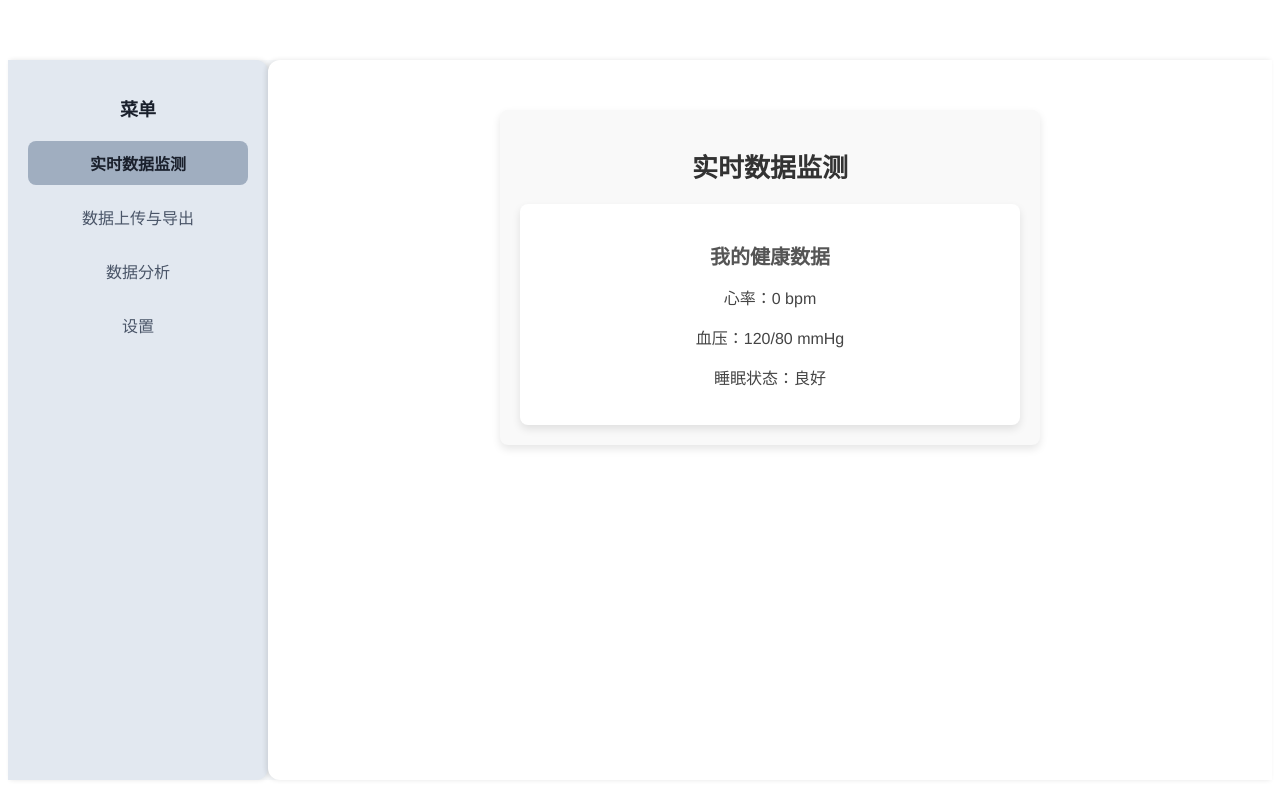
Repository: hyperion0831/The-management-of-IoT-data-sharing-based-on-blockchain
Page: / (app in Dz/frontend/)
An editor plug-in stored every save of this project. The page is shown before and after the next save, followed by the edit.
The browser window is 1280 px wide. The pictures show the whole page.
The project was rebuilt for these pictures with package versions that can differ from the ones it lists, and the page was loaded fresh each time. Also part of the build but not shown: Dz/frontend/vue.config.js, Dz/frontend/src/components/dashboard/DataUploadAndExport.vue, Dz/frontend/src/components/dashboard/DataAnalysis.vue, Dz/frontend/src/components/dashboard/AppSettings.vue.

Above is the page before, as saved 2024-11-03 20:59:41.

### Dz/frontend/src/main.js
import { createApp } from 'vue';
import App from './App.vue';
import router from './router';
import ElementPlus from 'element-plus';
import 'element-plus/dist/index.css';

const app = createApp(App);

app.use(router)
app.use(ElementPlus)
app.mount('#app');

### Dz/frontend/src/App.vue
<template>
  <div id="app">
    <router-view></router-view>
  </div>
</template>

<script>
export default {
  name: 'App'
};
</script>

<style>
#app {
  font-family: Avenir, Helvetica, Arial, sans-serif;
  -webkit-font-smoothing: antialiased;
  -moz-osx-font-smoothing: grayscale;
  text-align: center;
  color: #2c3e50;
  margin-top: 60px;
}
</style>

### Dz/frontend/src/router/index.js
import { createRouter, createWebHistory } from 'vue-router';
import DataDashBoard from '../components/DataDashBoard.vue'; // 导入仪表盘组件

const routes = [
  {
    path: '/',
    name: 'DataDashBoard',
    component: DataDashBoard
  },
];

const router = createRouter({
  history: createWebHistory(),
  routes
});

export default router;

### Dz/frontend/src/components/DataDashBoard.vue
<template>
  <div class="datadashboard">
    <!-- 左侧导航栏 -->
    <div class="sidebar">
      <h2 class="sidebar-title">菜单</h2>
      <ul>
        <li :class="{ active: activeModule === 'RealTimeMonitoring' }" @click="selectModule('RealTimeMonitoring')">
          实时数据监测
        </li>
        <li :class="{ active: activeModule === 'DataUploadAndExport' }" @click="selectModule('DataUploadAndExport')">
          数据上传与导出
        </li>
        <li :class="{ active: activeModule === 'DataAnalysis' }" @click="selectModule('DataAnalysis')">
          数据分析
        </li>
        <li :class="{ active: activeModule === 'AppSettings' }" @click="selectModule('AppSettings')">
          设置
        </li>
      </ul>
    </div>

    <!-- 主内容区域 -->
    <div class="content">
      <keep-alive>
        <component
          :is="activeModuleComponent"
          v-bind="getModuleProps(activeModule)"
          @switchToCheckList="selectModule('RealTimeMonitoring')"
        />
      </keep-alive>
    </div>
  </div>
</template>

<script>

import DataUploadAndExport from './dashboard/DataUploadAndExport.vue';
import RealTimeMonitoring from './dashboard/RealTimeMonitoring.vue';
import DataAnalysis from './dashboard/DataAnalysis.vue';
import AppSettings from './dashboard/AppSettings.vue';


export default {
  name: 'DataDashBoard',
  components: {
    RealTimeMonitoring,
    DataUploadAndExport,
    DataAnalysis,
    AppSettings,
  },
  data() {
    return {
      activeModule: 'RealTimeMonitoring', // 设置初始模块
      publishedItems: [], // 用于存储数据内容
      userInfo: null, // 保存用户信息
    };
  },
  created() {
    const storedUserInfo = localStorage.getItem('userInfo');
    if (storedUserInfo) {
      const userInfo = JSON.parse(storedUserInfo);
      this.userRole = userInfo.identity;
      this.userName = userInfo.name;
      this.doctorId = userInfo.doctorId;
    }
  },
  computed: {
    activeModuleComponent() {
      // 根据 activeModule 动态返回组件名称
      const componentMap = {
        RealTimeMonitoring: 'RealTimeMonitoring',
        DataUploadAndExport: 'DataUploadAndExport',
        DataAnalysis: 'DataAnalysis',
        AppSettings: 'AppSettings',
      };
      return componentMap[this.activeModule] || 'div';
    },
  },
  methods: {
    selectModule(module) {
      this.activeModule = module;
    },
    getModuleProps(module) {
      // 动态传递组件属性
      if (module === 'RealTimeMonitoring') {
        return { items: this.publishedItems };
      }
      return {};
    },
    handleDataSubmit(dataContent) {
      if (dataContent) {
        this.publishedItems.push(dataContent); // 将数据内容添加到列表中
        this.activeModule = 'RealTimeMonitoring'; // 切换到实时数据监测模块显示
      }
    },
  }
};
</script>

<style scoped>
.datadashboard {
  display: flex;
  height: 100vh;
  background-color: #f8fafc;
}

/* 左侧导航栏样式 */
.sidebar {
  width: 220px;
  padding: 20px;
  background-color: #e2e8f0; /* 浅灰色背景 */
  color: #2d3748; /* 深灰色文字 */
  box-shadow: 2px 0 5px rgba(0, 0, 0, 0.1);
  border-top-right-radius: 12px;
  border-bottom-right-radius: 12px;
}

.sidebar-title {
  font-size: 18px;
  font-weight: 600;
  margin-bottom: 20px;
  text-align: center;
  color: #1a202c; /* 更深的灰色，提升对比度 */
}

ul {
  list-style: none;
  padding: 0;
  margin: 0;
}

li {
  margin: 10px 0;
  padding: 10px;
  color: #4a5568; /* 中等灰色 */
  cursor: pointer;
  transition: all 0.3s ease;
  border-radius: 8px;
  text-align: center;
}

li:hover {
  background-color: #cbd5e0; /* 悬停时稍微深一点的浅灰色 */
  color: #1a202c;
  font-weight: bold;
}

li.active {
  background-color: #a0aec0; /* 选中项的浅灰色 */
  color: #1a202c;
  font-weight: bold;
}

/* 主内容区域样式 */
.content {
  flex: 1;
  padding: 30px;
  background-color: #ffffff;
  box-shadow: -2px 0 5px rgba(0, 0, 0, 0.1);
  border-top-left-radius: 12px;
  border-bottom-left-radius: 12px;
  overflow-y: auto;
}

.login-button {
  margin-top: 20px;
  padding: 10px;
  width: 100%;
  background-color: #3182ce; /* 浅蓝色按钮 */
  color: #ffffff;
  border: none;
  border-radius: 5px;
  cursor: pointer;
  transition: background-color 0.3s;
}

.login-button:hover {
  background-color: #2b6cb0; /* 鼠标悬停时加深的蓝色 */
}
</style>

### Dz/frontend/src/components/dashboard/RealTimeMonitoring.vue
<template>
  <div class="real-time-monitoring">
    <h1>实时数据监测</h1>
    <div v-if="isDoctor" class="doctor-section">
      <h2>病人列表</h2>
      <div class="patient-select">
        <label>查看病人</label>
        <select v-model="loadPatients">
          <option v-for="patient in patients" :key="patient.id" :value="patient">
            {{ patient.name }}
          </option>
        </select>
      </div>
      <div class="refresh-rate">
        <label>刷新频率：</label>
        <select v-model="refreshRate">
          <option value="5">5秒</option>
          <option value="10">10秒</option>
          <option value="30">30秒</option>
        </select>
      </div>
    </div>
    <div v-else class="user-section">
      <h2>我的健康数据</h2>
      <div class="user-health-data">
        <p>心率：{{ userHealthData.heartRate }} bpm</p>
        <p>血压：{{ userHealthData.bloodPressure }} mmHg</p>
        <p>睡眠状态：{{ userHealthData.sleepStatus }}</p>
      </div>
    </div>
  </div>
</template>

<script>
export default {
  data() {
    return {
      isDoctor: false,
      patients: [],
      userHealthData: {
        heartRate: 0,
        bloodPressure: "120/80",
        sleepStatus: "良好",
      },
      fetchInterval: null,
    };
  },

  created() {

    this.loadPatients();
    // 从 sessionStorage 中获取用户身份
    this.checkIsDoctor();
    // 根据身份获取相应数据
    this.fetchData();
    // 启动定时获取实时数据
    this.startFetching();
  },
  beforeUnmount() {
    clearInterval(this.fetchInterval);
  },
  methods: {
    loadPatients() {
      // 遍历 localStorage 中的所有键
      for (let i = 0; i < localStorage.length; i++) {
        const key = localStorage.key(i);

        // 检查键是否以 'user-' 开头
        if (key.startsWith('user-')) {
          this.patients.push({
            name: key.split('-')[1],  // 从键中提取病人名字
          });
        }
      }
    },
    async fetchData() {
      try {
        if (this.isDoctor) {
          // 调用 API 获取病人数据
          console.log('调用 API 获取病人数据');
          //const response = await fetch('/api/patients'); // 假设 API 返回病人数据
          //this.patients = await response.json();
        } else {
          console.log('调用 API 获取用户自己的健康数据');
          // 调用 API 获取用户自己的健康数据
          //const userName = sessionStorage.getItem('userName').split('-')[1];
          //const response = await fetch(`/api/users/${userName}/healthData`);
          //this.userHealthData = await response.json();
        }
      } catch (error) {
        console.error("获取数据失败:", error);
      }
    },
    checkIsDoctor() {
      // 从 sessionStorage 获取 userName 并检查第一部分是否为 'doctor'
      const userName = sessionStorage.getItem('userName');
      if (userName) {
        this.isDoctor = userName.split('-')[0] === 'doctor';
        console.log("是否为医生:", this.isDoctor); // 输出结果
      }
    },
    startFetching() {
      console.log('每隔5分钟获取一次数据');
      // 每隔5分钟获取一次数据
      /*
      this.fetchInterval = setInterval(() => {
        this.fetchData();
      }, 5 * 60 * 1000); // 5分钟
      */
    },
  },
};
</script>

<style scoped>
.real-time-monitoring {
  max-width: 500px;
  margin: 20px auto;
  padding: 20px;
  background-color: #f9f9f9;
  border-radius: 8px;
  box-shadow: 0 4px 8px rgba(0, 0, 0, 0.1);
  text-align: center;
}

h1 {
  font-size: 26px;
  color: #333;
  margin-bottom: 20px;
}

.doctor-section, .user-section {
  background-color: #ffffff;
  padding: 20px;
  border-radius: 8px;
  box-shadow: 0 4px 8px rgba(0, 0, 0, 0.1);
}

h2 {
  font-size: 20px;
  color: #555;
  margin-bottom: 15px;
}

.patient-select, .refresh-rate {
  display: flex;
  align-items: center;
  justify-content: space-between;
  margin: 10px 0;
}

label {
  font-size: 16px;
  color: #666;
}

select {
  padding: 8px;
  border: 1px solid #ccc;
  border-radius: 4px;
  font-size: 16px;
  width: 60%;
}

.user-health-data p {
  font-size: 16px;
  color: #444;
  margin-top: 10px;
}
</style>

Loaded but not shown: Dz/frontend/public/index.html (common file)

After the next save:
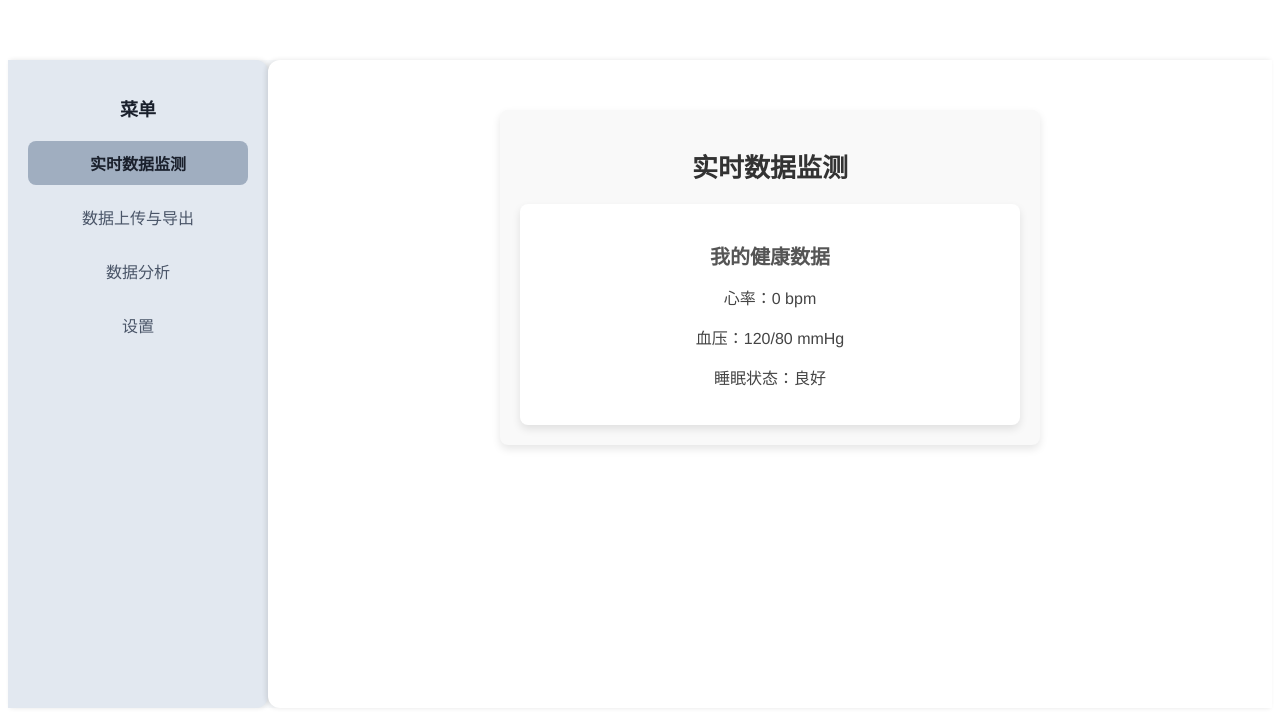
Saved 43 s later.
--- a/Dz/frontend/src/components/DataDashBoard.vue
+++ b/Dz/frontend/src/components/DataDashBoard.vue
@@ -100,7 +100,7 @@ export default {
 <style scoped>
 .datadashboard {
   display: flex;
-  height: 100vh;
+  height: 90vh;
   background-color: #f8fafc;
 }
 
